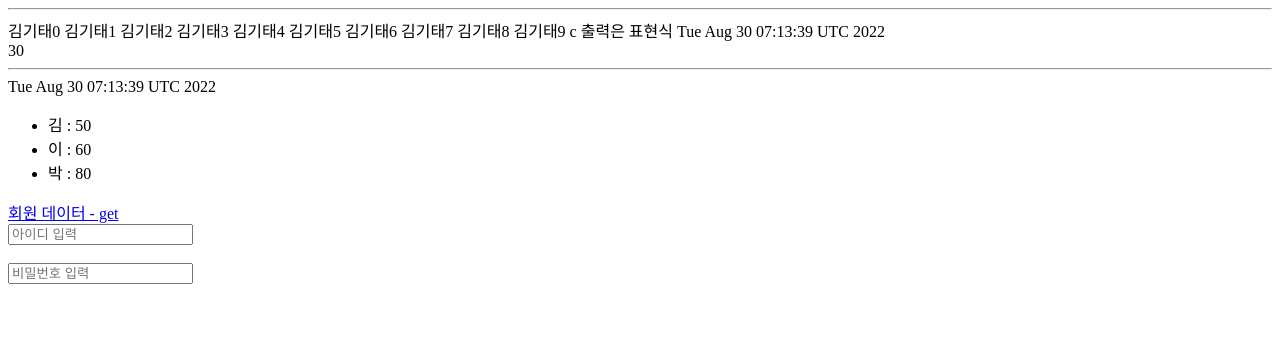
Repository: Show-And-Prove/jsp
Page: http://localhost/practice01/
These files come from the project's save history. The page is drawn as it stood at one moment and after the next save; the edit follows.
The browser window is 1280 px wide. The pictures show the whole page.
The page is served by Tomcat 9.

Above is the page before, as saved 2022-10-11 06:57:44.

After the next save:
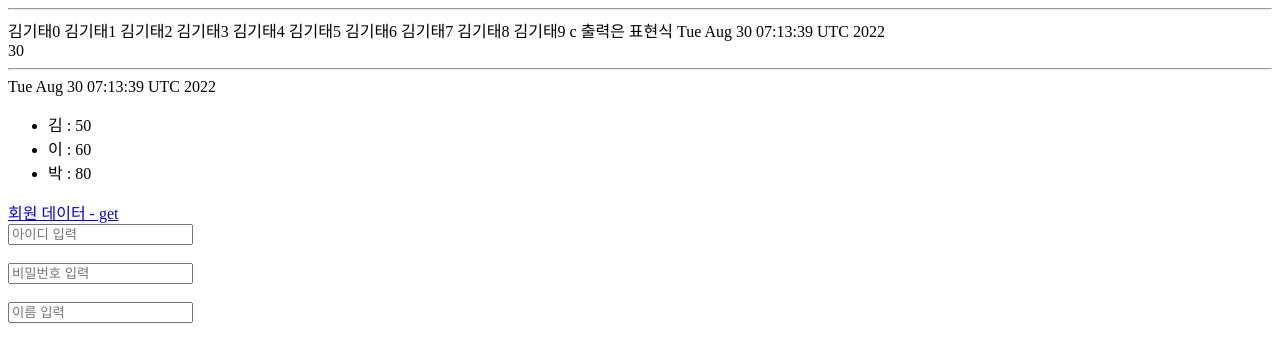
Saved 2 min 29 s later.
--- a/practice01/WebContent/index.jsp
+++ b/practice01/WebContent/index.jsp
@@ -48,7 +48,8 @@
 <a href="test01.jsp?id=kkt&pw=1234&name=김기태">회원 데이터 - get</a>
 <form action="test02.jsp" name="login_form">
 	<input name="id" id="id" placeholder="아이디 입력"><br><br>
-	<input type="password" name="pw" id="id" placeholder="비밀번호 입력"><br><br>
+	<input type="password" name="pw" id="pw" placeholder="비밀번호 입력"><br><br>
+	<input name="name" id="name" placeholder="이름 입력"><br><br>
 
 </form>
 <div id="msg">
